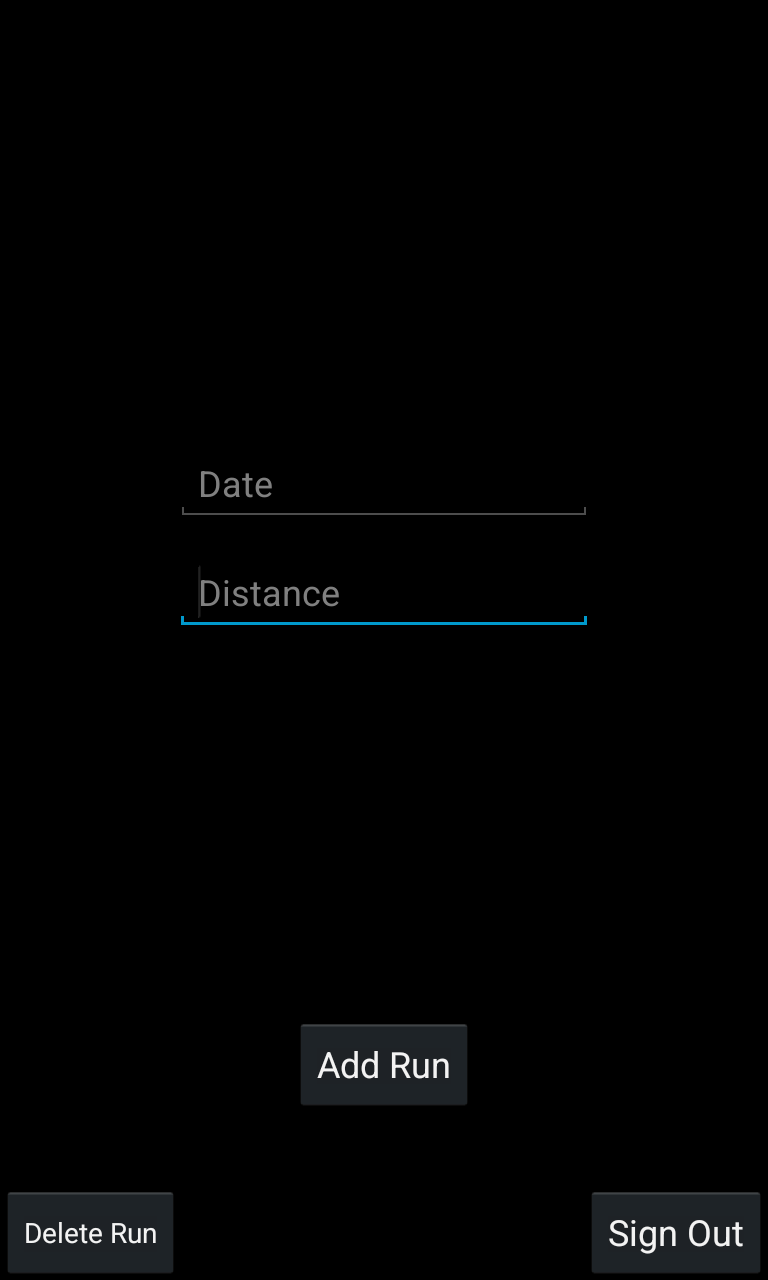
Repository: arianaantonio/CPMD
Layout: ContactsAppAndroid/res/layout/contacts_layout.xml
These files come from the project's save history. The layout is drawn as it stood at one moment and after the next save; the edit follows.
It is drawn on a 768 x 1280 px phone screen (xhdpi) without system bars, with theme android:Theme.Holo; the app's code is not run. Lists and similar views that code fills are empty.

Above is the layout before, as saved 2014-10-31 02:14:17.

After the next save:
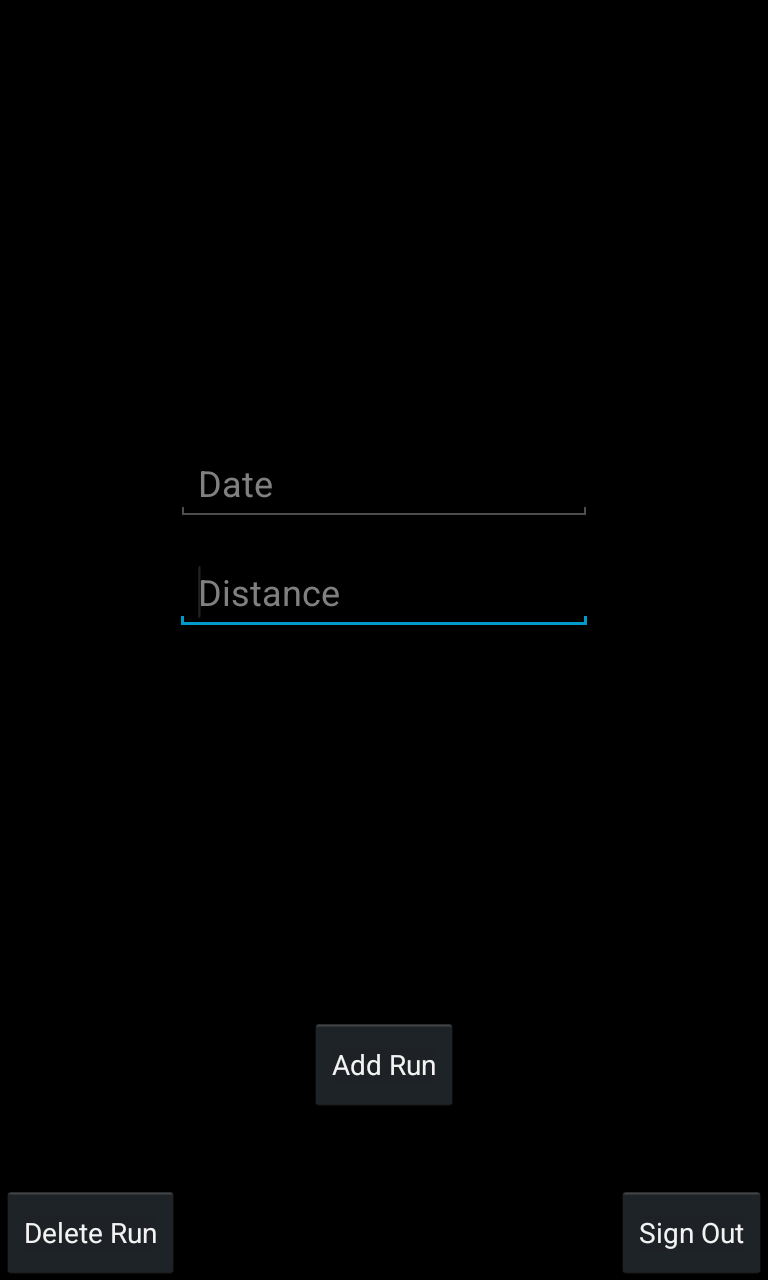
Saved 21 s later.
--- a/ContactsAppAndroid/res/layout/contacts_layout.xml
+++ b/ContactsAppAndroid/res/layout/contacts_layout.xml
@@ -49,7 +49,8 @@
         android:layout_above="@+id/deleteButton"
         android:layout_centerHorizontal="true"
         android:layout_marginBottom="36dp"
-        android:text="@string/add" />
+        android:text="@string/add"
+        android:textSize="14sp" />
 
     <Button
         android:id="@+id/signoutButton"
@@ -57,7 +58,8 @@
         android:layout_height="wrap_content"
         android:layout_alignParentBottom="true"
         android:layout_alignParentRight="true"
-        android:text="@string/signOut" />
+        android:text="@string/signOut"
+        android:textSize="14sp" />
 
     <TextView
         android:id="@+id/usernameField"
